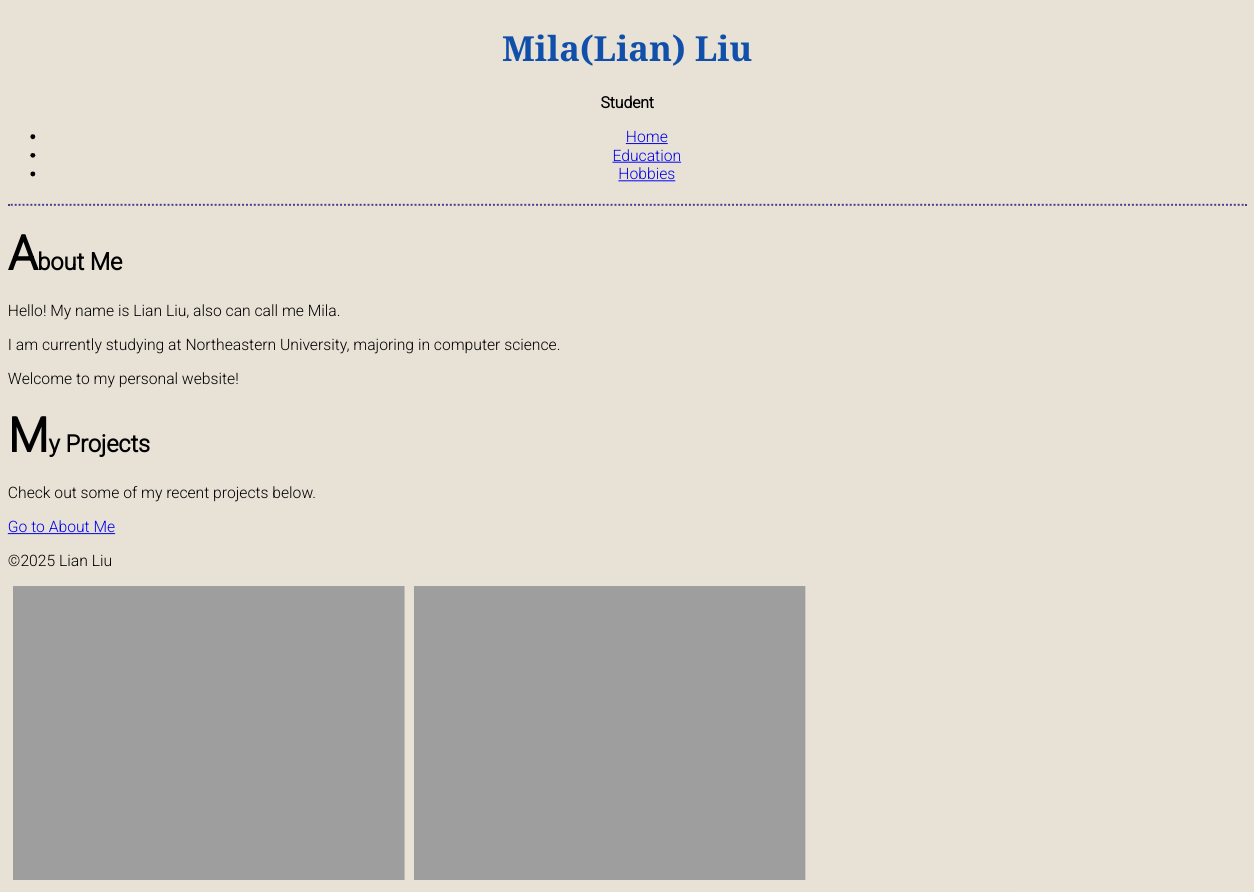
Repository: liulian26/CS5610
Page: assignment-1-liulian26/index.html
These files come from the project's save history. The page is drawn as it stood at one moment and after the next save; the edit follows.
The browser window is 1280 px wide. The pictures show the whole page, at 98% of full size.
Pictures or frames that could not be fetched are drawn as grey boxes.

Above is the page before, as saved 2025-01-31 22:48:40.

After the next save:
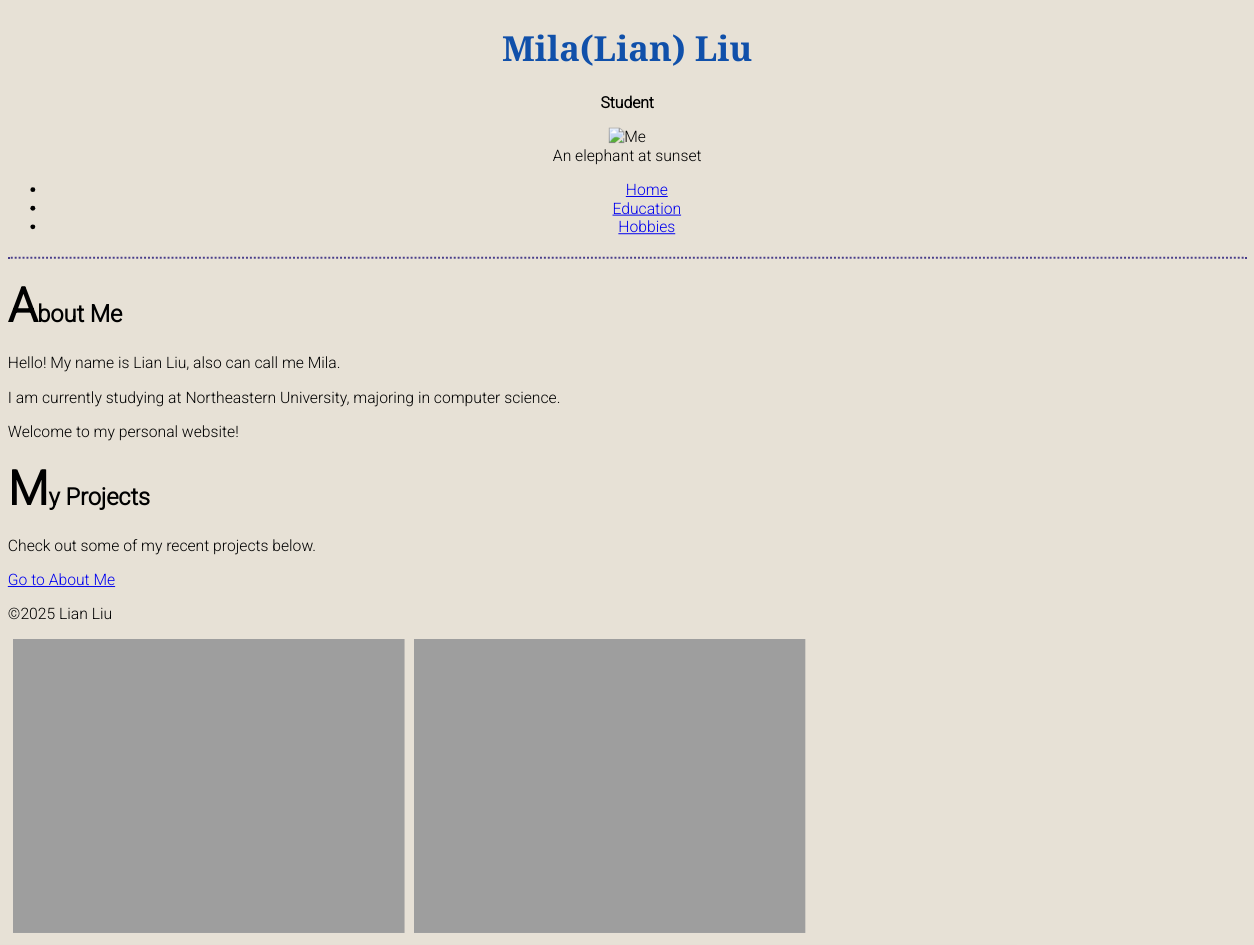
Not found: assignment-1-liulian26/images/snow.jpg
Saved 33 min 57 s later.
--- a/assignment-1-liulian26/index.html
+++ b/assignment-1-liulian26/index.html
@@ -9,6 +9,10 @@
     <header>
         <h1>Mila(Lian) Liu</h1>
         <p id="role">Student</p>
+        <figure>
+            <img src="/assignment-1-liulian26/images/snow.jpg" alt="Me" />
+            <figcaption>An elephant at sunset</figcaption>
+          </figure>
         <nav>
             <ul>
                 <li><a href="index.html">Home</a></li>
